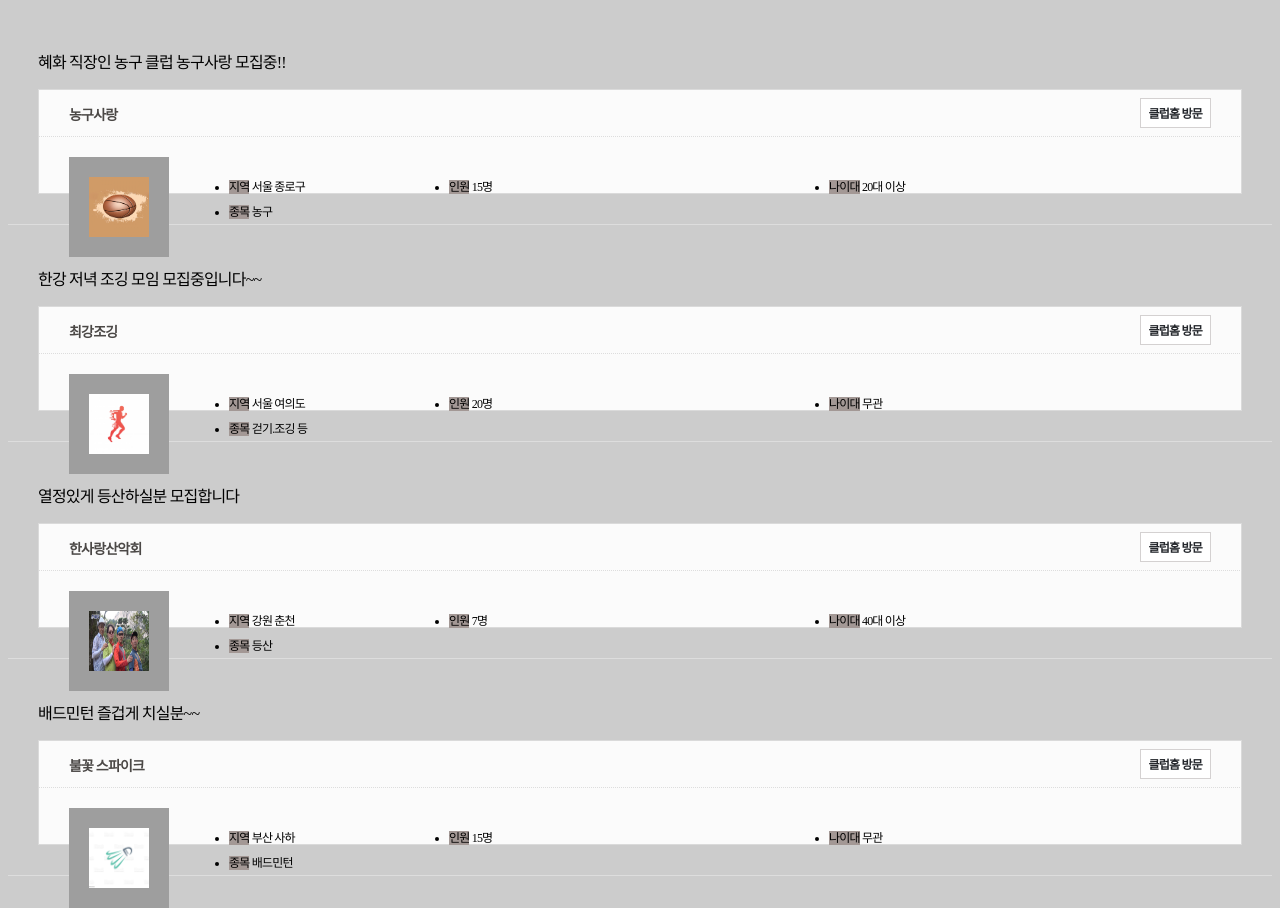
Repository: jaemin333/study
Page: club.html
These files come from the project's save history. The page is drawn as it stood at one moment and after the next save; the edit follows.
The browser window is 1280 px wide. The pictures show the whole page.
Pictures or frames that could not be fetched are drawn as grey boxes.

Above is the page before, as saved 2021-07-02 21:25:33.

After the next save:
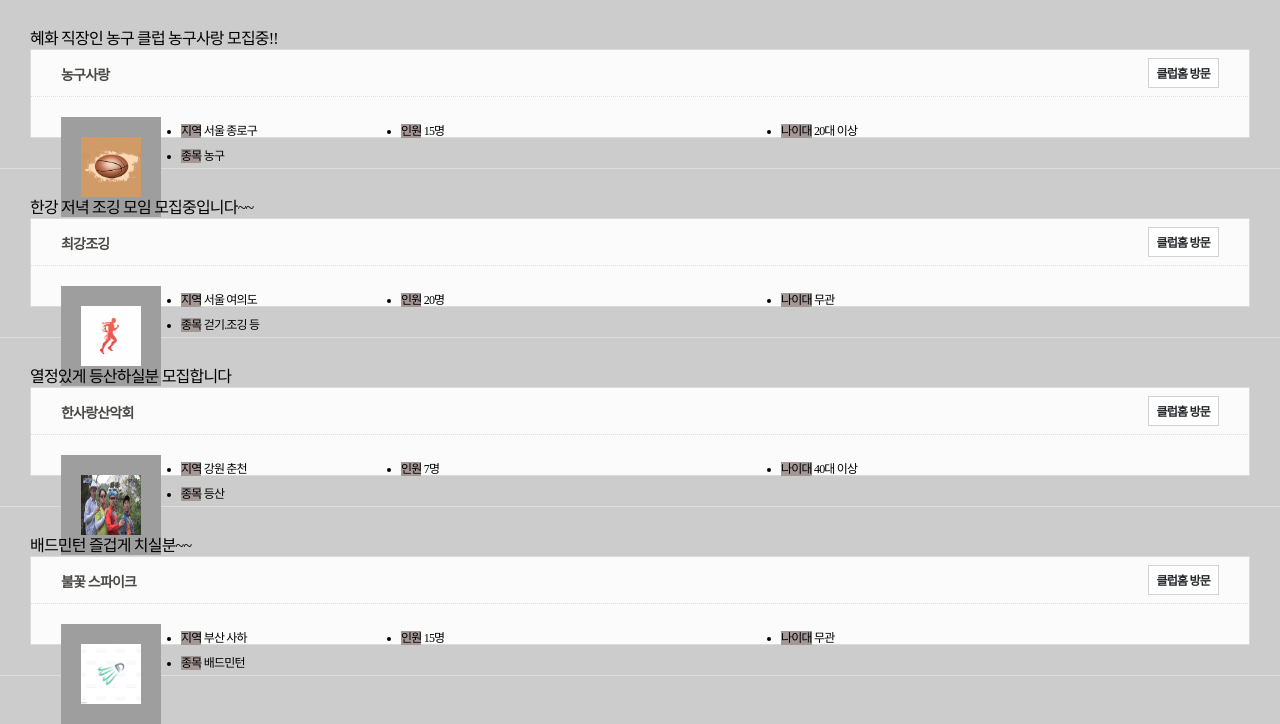
Saved 2 min 27 s later.
--- a/style.css
+++ b/style.css
@@ -111,3 +111,8 @@ p {
     height: 60px;
     padding: 20px 20px;
 }
+
+body, div, dl, dt, dd, ul, ol, li, h1, h2, h3, h4, h5, form, fieldset, p, button {
+    margin: 0;
+    padding: 0;
+}

After the save that followed:
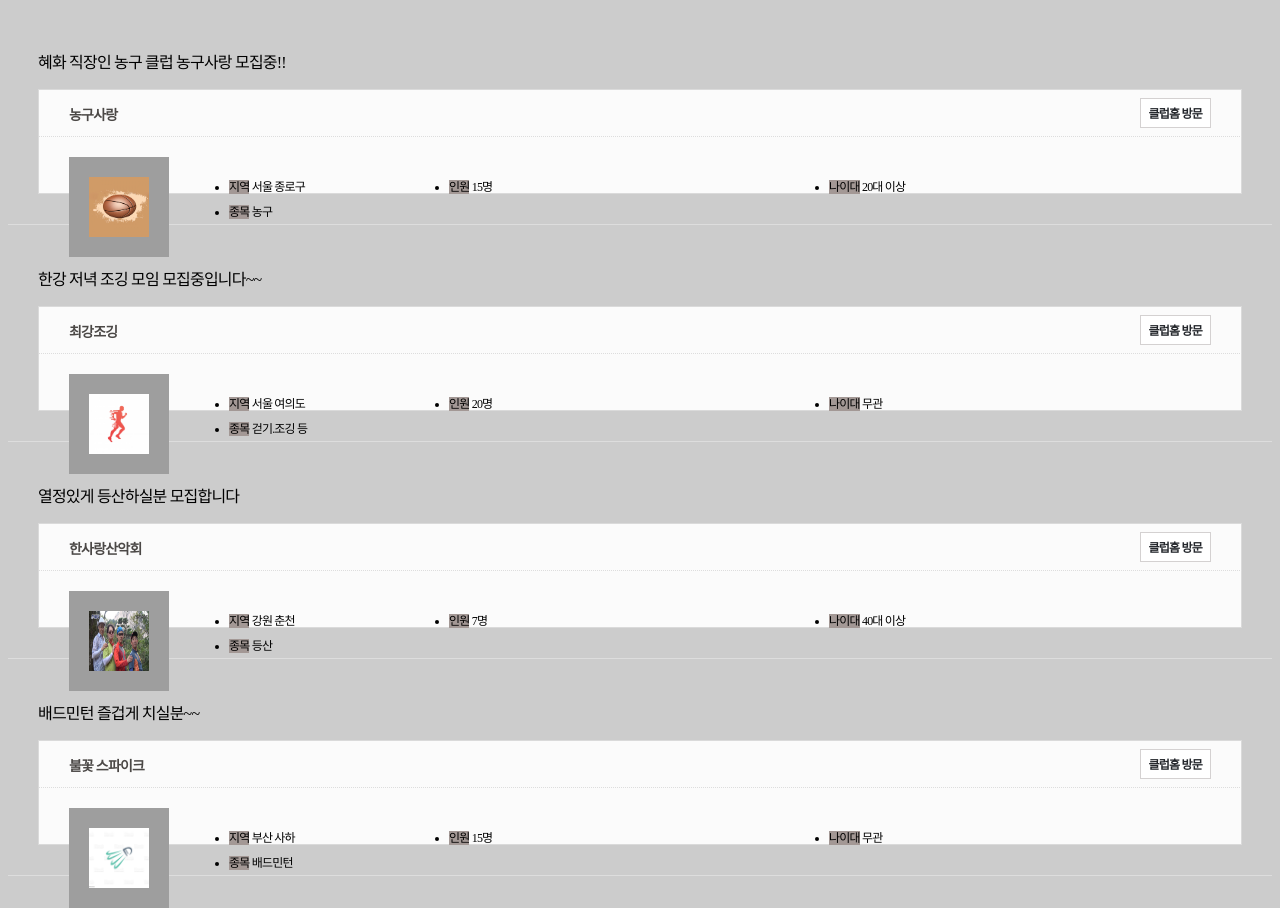
Saved 10 s later.
--- a/style.css
+++ b/style.css
@@ -111,8 +111,3 @@ p {
     height: 60px;
     padding: 20px 20px;
 }
-
-body, div, dl, dt, dd, ul, ol, li, h1, h2, h3, h4, h5, form, fieldset, p, button {
-    margin: 0;
-    padding: 0;
-}
